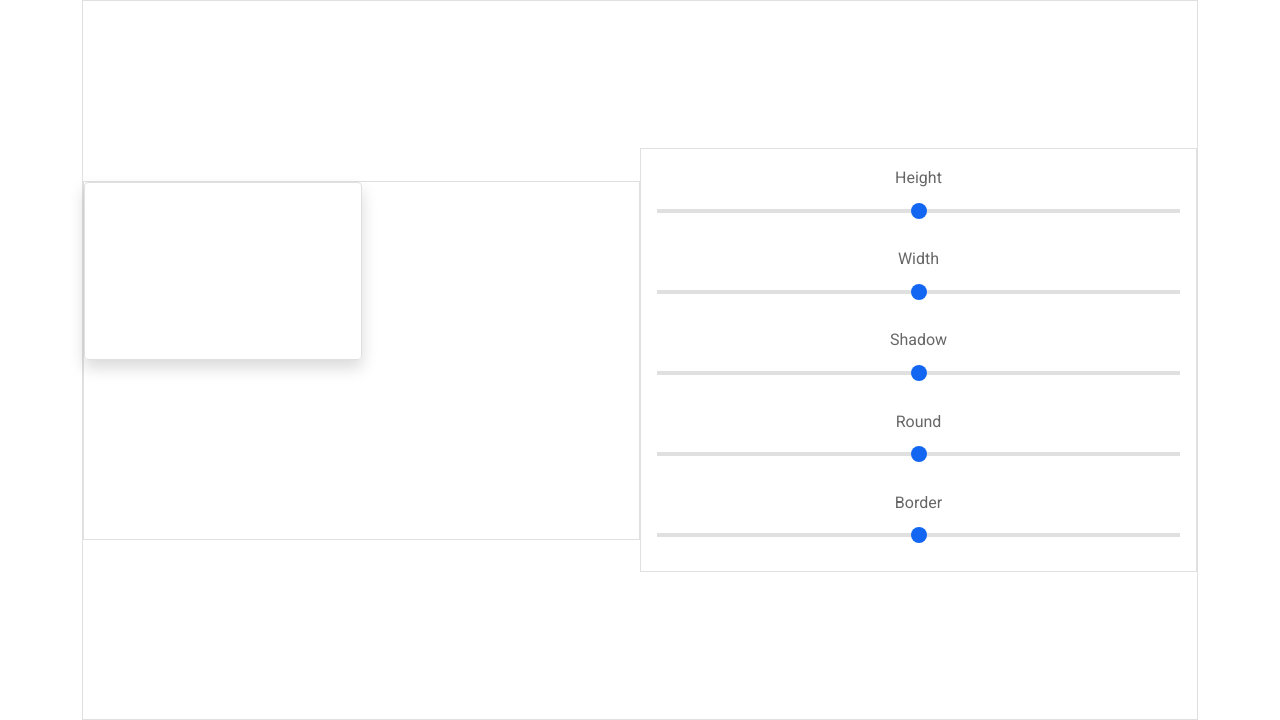
Repository: USaditya98/card-generator
Page: index.html
An editor plug-in stored every save of this project. The page is shown before and after a run of saves, followed by the edit.
The browser window is 1280 px wide. The pictures show the whole page.

Above is the page before, as saved 2021-10-20 11:20:19.

### index.html
<!DOCTYPE html>
<html lang="en">
  <head>
    <meta charset="UTF-8" />
    <meta name="viewport" content="width=device-width, initial-scale=1, shrink-to-fit=no" />
    <meta http-equiv="x-ua-compatible" content="ie=edge" />
    <title>Material Design for Bootstrap</title>
    <!-- MDB icon -->
    <link rel="icon" href="img/mdb-favicon.ico" type="image/x-icon" />
    <!-- Font Awesome -->
    <link rel="stylesheet" href="https://use.fontawesome.com/releases/v5.15.2/css/all.css" />
    <!-- Google Fonts Roboto -->
    <link
      rel="stylesheet"
      href="https://fonts.googleapis.com/css2?family=Roboto:wght@300;400;500;700;900&display=swap"
    />
    <!-- MDB -->
    <link rel="stylesheet" href="css/mdb.min.css" />
  </head>
  <body>
    <!-- Start your project here-->
    <div class="container">
      <div class="d-flex justify-content-between align-items-center text-center border" style="height: 100vh;">
            <div class="border w-50 h-50" id="create">
                <div class="text-center w-50 h-50 border rounded shadow">
                </div>
            </div>
            <div class="border w-50 ">
            <div class="m-3">
                <label class="form-label" for="height">Height</label>
                <div class="range">
                <input type="range" class="form-range" id="height" min="0" max="500" step="10"/>
                </div>
            </div>
            <div class="m-3">
                <label class="form-label" for="width">Width</label>
                <div class="range">
                <input type="range" class="form-range" id="width" min="0" max="500" step="10" />
                </div>
            </div>
            <div class="m-3">
                <label class="form-label" for="shadow">Shadow</label>
                <div class="range">
                <input type="range" class="form-range" id="shadow" min="0" max="50" step="1"/>
                </div>
            </div>
            <div class="m-3">
                <label class="form-label" for="customRange1">Round</label>
                <div class="range">
                <input type="range" class="form-range" id="customRange1" />
                </div>
            </div>
            <div class="m-3">
                <label class="form-label" for="customRange1">Border</label>
                <div class="range">
                <input type="range" class="form-range" id="customRange1" />
                </div>
            </div>
            </div>
      </div>
    </div>
    <!-- End your project here-->

    <!-- MDB -->
    <script type="text/javascript" src="js/mdb.min.js"></script>
    <!-- Custom scripts -->
    <script type="text/javascript">
        function myFunction() {
            var div = document.createElement("DIV");
            document.body.appendChild(btn);
        }
    </script>
  </body>
</html>

Loaded but not shown: css/mdb.min.css (library); js/mdb.min.js (library)

After the next 6 saves:
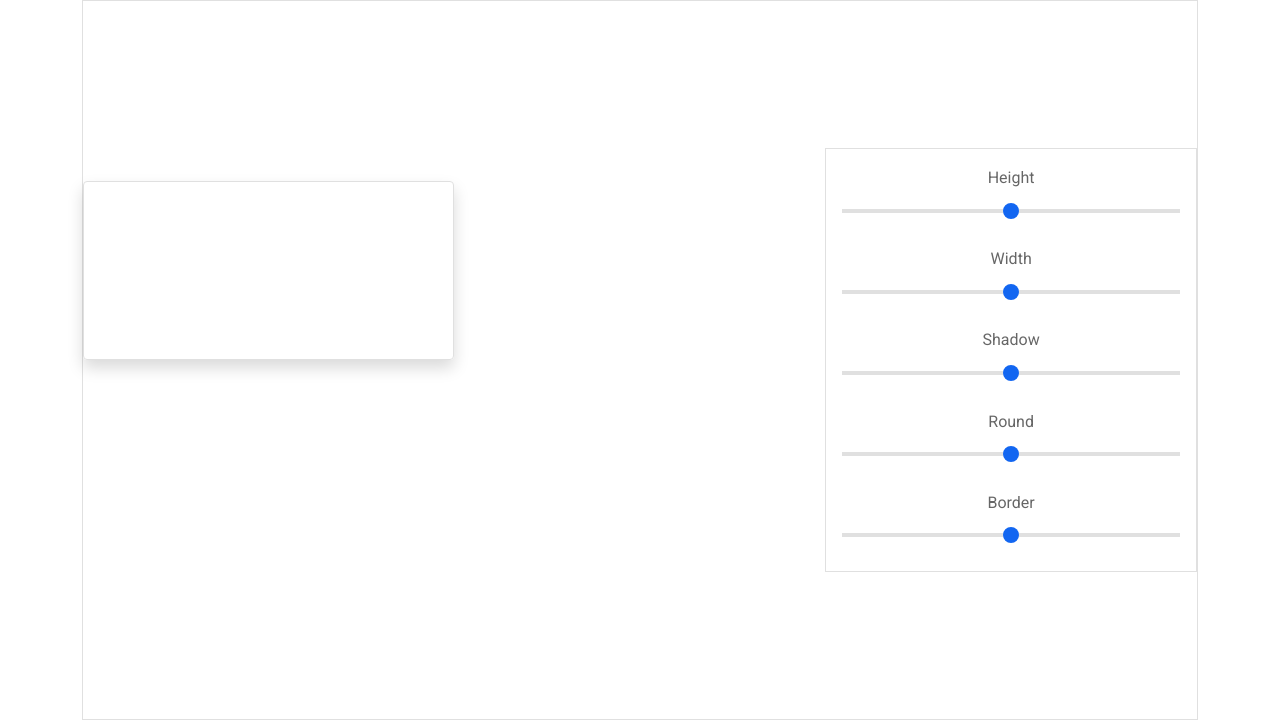
The 6 saves are shown as one change because they came seconds apart.
The last was saved 18 s later.
--- a/index.html
+++ b/index.html
@@ -21,7 +21,7 @@
     <!-- Start your project here-->
     <div class="container">
       <div class="d-flex justify-content-between align-items-center text-center border" style="height: 100vh;">
-            <div class="border w-50 h-50" id="create">
+            <div class=" w-100 h-50" id="create">
                 <div class="text-center w-50 h-50 border rounded shadow">
                 </div>
             </div>
